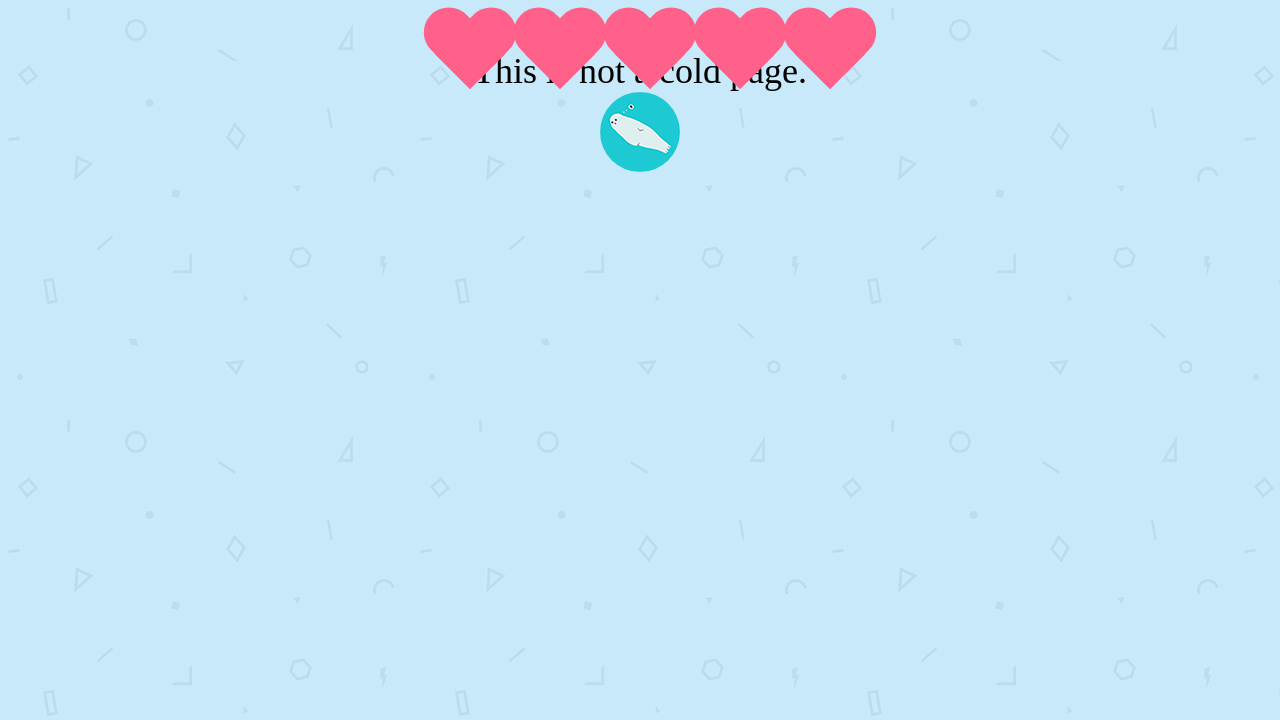
Repository: yiy225/yiy225.github.io
Page: page 3.html
The author's editor kept a record of every edit. The page is drawn from the files as they stood at one moment, then again after the next edit.
The browser window is 1280 px wide. The pictures show the whole page.

Above is the page before.

After the next edit:
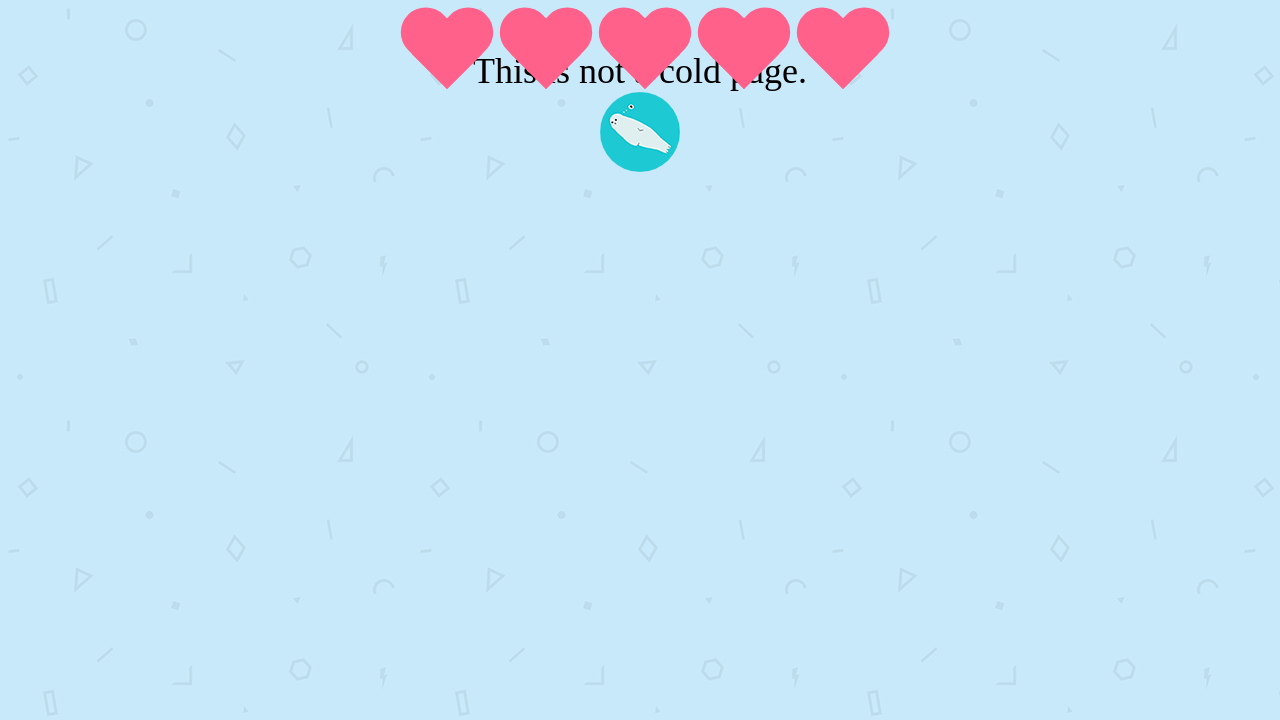
The edit:
--- a/page 3.html
+++ b/page 3.html
@@ -6,11 +6,11 @@
     </head>
     <body>
 
-   <div class= div1 style= display:inline>&nbsp;&nbsp;&nbsp;&nbsp;&nbsp;&nbsp;&nbsp;&nbsp;&nbsp;</div>
-   <div class= div1 style= display:inline>&nbsp;&nbsp;&nbsp;&nbsp;&nbsp;&nbsp;&nbsp;&nbsp;&nbsp;</div>
-   <div class= div1 style= display:inline>&nbsp;&nbsp;&nbsp;&nbsp;&nbsp;&nbsp;&nbsp;&nbsp;&nbsp;</div>
-   <div class= div1 style= display:inline>&nbsp;&nbsp;&nbsp;&nbsp;&nbsp;&nbsp;&nbsp;&nbsp;&nbsp;</div>
-   <div class= div1 style= display:inline>&nbsp;&nbsp;&nbsp;&nbsp;&nbsp;&nbsp;&nbsp;&nbsp;&nbsp;</div>
+   <div class= div1 style= display:inline>&nbsp;&nbsp;&nbsp;&nbsp;&nbsp;&nbsp;&nbsp;&nbsp;&nbsp;&nbsp;</div>
+   <div class= div1 style= display:inline>&nbsp;&nbsp;&nbsp;&nbsp;&nbsp;&nbsp;&nbsp;&nbsp;&nbsp;&nbsp;</div>
+   <div class= div1 style= display:inline>&nbsp;&nbsp;&nbsp;&nbsp;&nbsp;&nbsp;&nbsp;&nbsp;&nbsp;&nbsp;</div>
+   <div class= div1 style= display:inline>&nbsp;&nbsp;&nbsp;&nbsp;&nbsp;&nbsp;&nbsp;&nbsp;&nbsp;&nbsp;</div>
+   <div class= div1 style= display:inline>&nbsp;&nbsp;&nbsp;&nbsp;&nbsp;&nbsp;&nbsp;&nbsp;&nbsp;&nbsp;</div>
 
    <div class= div2>
        This is not a cold page.
